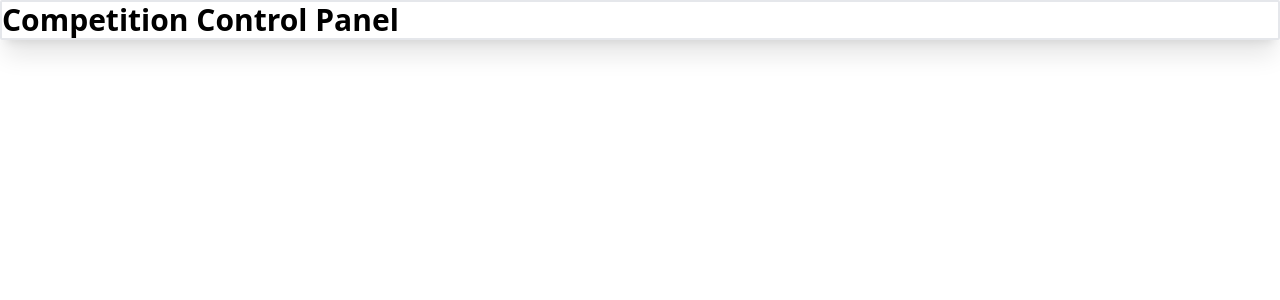
Repository: techieRahul17/blackoutscreen
Page: public/admin1.html
These files come from the project's save history. The page is drawn as it stood at one moment and after a run of saves; the edit follows.
The browser window is 1280 px wide. The pictures show the whole page.
Some web libraries are served in a nearby version.

Above is the page before, as saved 2025-08-28 19:15:44.

After the next 2 saves:
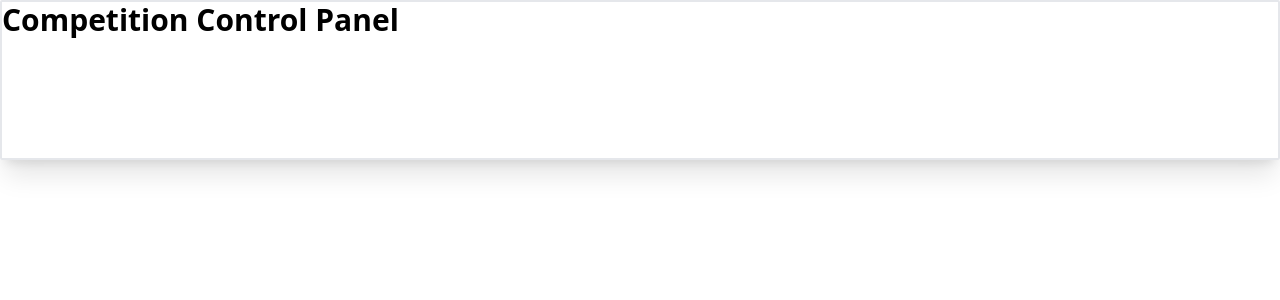
The 2 saves are shown as one change because they came seconds apart.
The last was saved 29 s later.
--- a/public/admin1.html
+++ b/public/admin1.html
@@ -4,7 +4,7 @@
     <title>Admin Page</title>
     <script src="https://cdn.tailwindcss.com"></script>
     <div>
-      <div class="w-200 h-30 rounded-sm border-2 shadow-xl">
+      <div class="w-140 h-40 rounded-sm border-2 shadow-xl">
        <h1 class="text-3xl font-bold text-black">Competition Control Panel</h1>
 
 

After the save that followed:
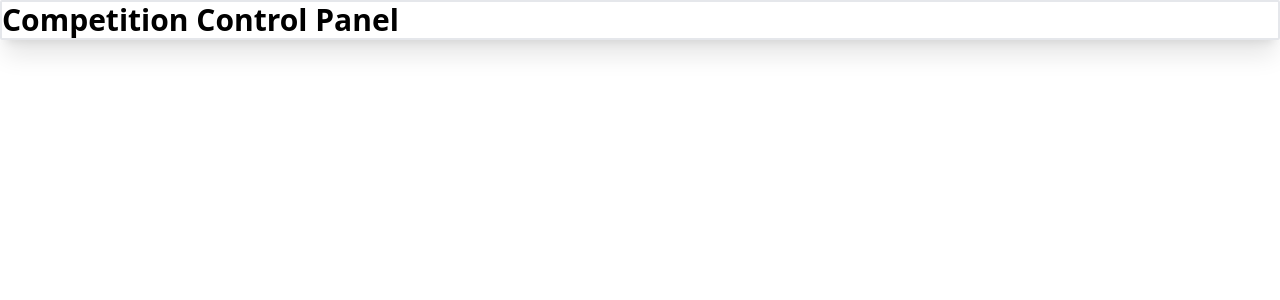
Saved 9 s later.
--- a/public/admin1.html
+++ b/public/admin1.html
@@ -4,7 +4,7 @@
     <title>Admin Page</title>
     <script src="https://cdn.tailwindcss.com"></script>
     <div>
-      <div class="w-140 h-40 rounded-sm border-2 shadow-xl">
+      <div class="w-140 h-30 rounded-sm border-2 shadow-xl">
        <h1 class="text-3xl font-bold text-black">Competition Control Panel</h1>
 
 
